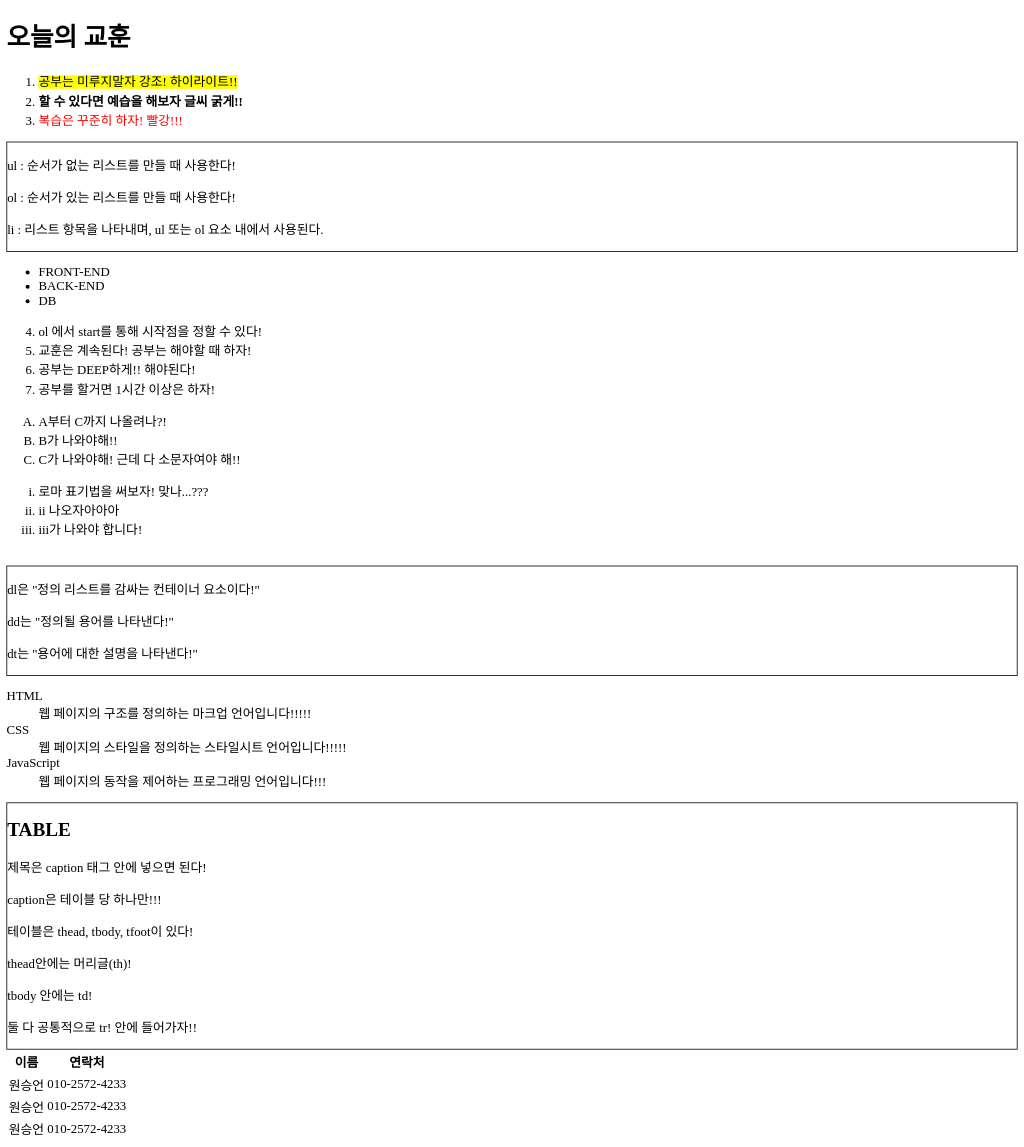
Repository: WonSeungUn/VSCODE
Page: web_work/Html/WebContent/homework.html
The author's editor kept a copy of each file at every save. The page is drawn from the files as they stood at one save, then again after the next save.
The browser window is 1280 px wide. The pictures show the whole page, at 80% of full size.

Above is the page before, as saved 2024-07-08 11:12:50.

### web_work/Html/WebContent/homework.html
<!DOCTYPE html>
<html>
<head>
<meta name="author" content="WonSeungEon">
<meta charset="UTF-8">
<title>HTML 숙제</title>
<style type="text/css">
#divParent {
	border: 1px solid #000;
}

</style>
</head>

<body>
	<header>
		<h1>오늘의 교훈</h1>
	</header>
	<ol>
		<li><mark>공부는 미루지말자 강조! 하이라이트!!</mark></li>
		<li><strong>할 수 있다면 예습을 해보자 글씨 굵게!!</strong></li>
		<li><span style="color: red;'">복습은 꾸준히 하자! 빨강!!!</span></li>
	</ol>

	<div id="divParent">
		<p >ul : 순서가 없는 리스트를 만들 때 사용한다!</p>
		<p >ol : 순서가 있는 리스트를 만들 때 사용한다!</p>
		<p >li : 리스트 항목을 나타내며, ul 또는 ol 요소 내에서 사용된다. </p>
	</div>

	<ul>
		<li>FRONT-END</li>
		<li>BACK-END</li>
		<li>DB</li>
	</ul>

	<ol start="4">
		<li>ol 에서 start를 통해 시작점을 정할 수 있다!</li>
		<li>교훈은 계속된다! 공부는 해야할 때 하자!</li>
		<li>공부는 DEEP하게!! 해야된다!</li>
		<li>공부를 할거면 1시간 이상은 하자!</li>
	</ol>

	<ol style="list-style-type: upper-alpha;">
		<li>A부터 C까지 나올려나?!</li>
		<li>B가 나와야해!!</li>
		<li>C가 나와야해! 근데 다 소문자여야 해!!</li>
	</ol>

	<ol style="list-style-type: Lower-roman;">
		<li>로마 표기법을 써보자! 맞나...???</li>
		<li>ii 나오자아아아</li>
		<li>iii가 나와야 합니다!</li>
	</ol>
	<br>

	<section style="border: 1px solid #000;">
	<p>dl은 "정의 리스트를 감싸는 컨테이너 요소이다!"</p>
	<p>dd는 "정의될 용어를 나타낸다!"</p>
	<p>dt는 "용어에 대한 설명을 나타낸다!"</dd>
	</section>
	<dl>
		<dt>HTML</dt>
		<dd>웹 페이지의 구조를 정의하는 마크업 언어입니다!!!!!</dd>

		<dt>CSS</dt>
		<dd>웹 페이지의 스타일을 정의하는 스타일시트 언어입니다!!!!!</dd>

		<dt>JavaScript</dt>
		<dd>웹 페이지의 동작을 제어하는 프로그래밍 언어입니다!!!</dd>
	</dl>

	<section style="border: 1px solid #000;">
		<h1>TABLE</h1>
		<p> 제목은 caption 태그 안에 넣으면 된다!</p>
		<p> caption은 테이블 당 하나만!!!</p>
		<p>테이블은 thead, tbody, tfoot이 있다!</p>
		<p>thead안에는 머리글(th)!</p>
		<p> tbody 안에는 td!</p>
		<p> 둘 다 공통적으로 tr! 안에 들어가자!!</p>
	</section>

	<table style="border:1">
		<thead>
			<tr>
				<th>이름</th>
				<th>연락처</th>
			</tr>
		</thead>
		<tbody>
			<tr>
			<td>원승언</td>
			<td>010-2572-4233</td>
			</tr>
			<tr>
			<td>원승언</td>
			<td>010-2572-4233</td>
			</tr>
			<tr>
			<td>원승언</td>
			<td>010-2572-4233</td>
			</tr>
		</tbody>
	</table>
</body>
</html>

After the next save:
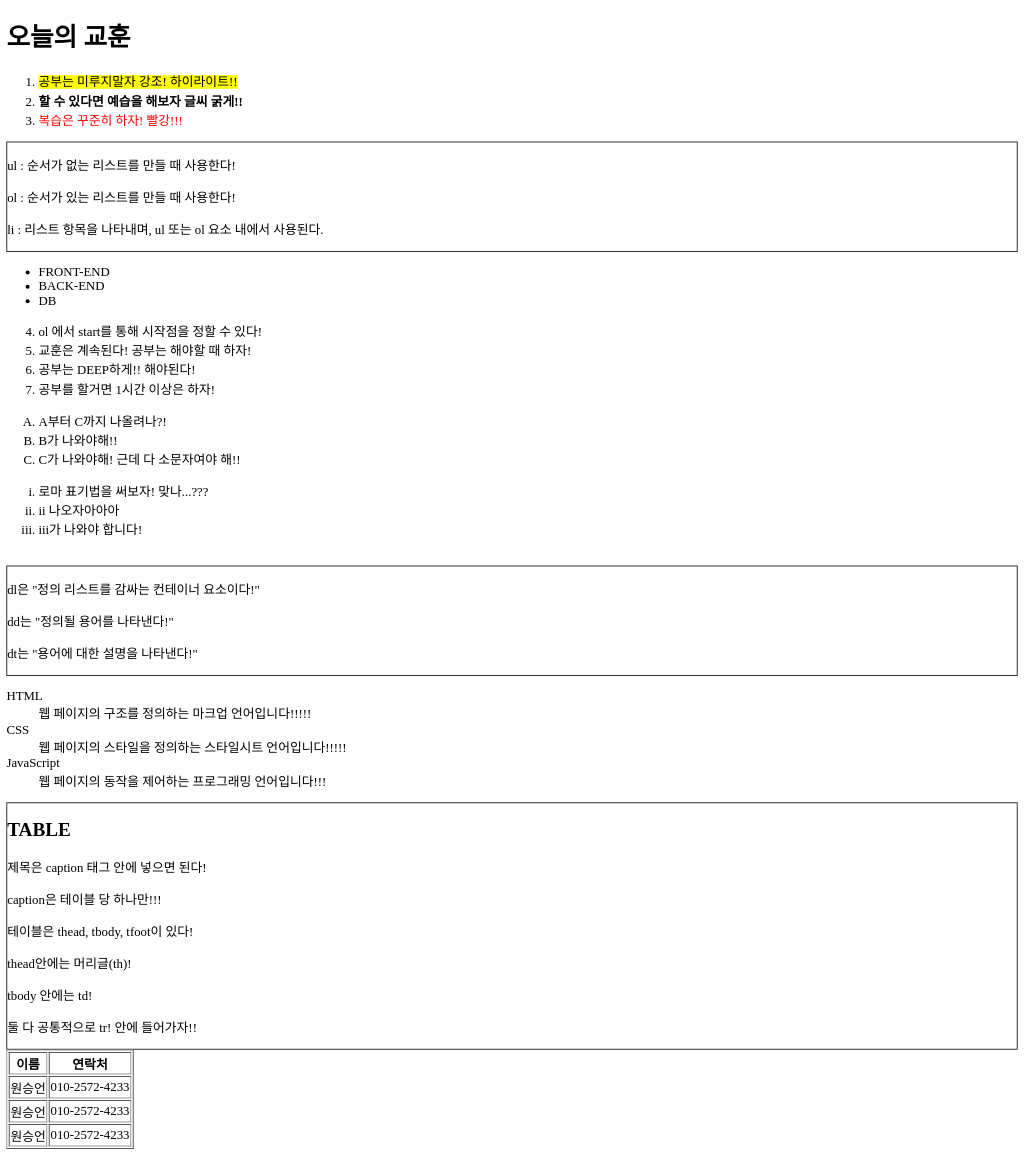
Saved 8 s later.
--- a/web_work/Html/WebContent/homework.html
+++ b/web_work/Html/WebContent/homework.html
@@ -80,7 +80,7 @@
 		<p> 둘 다 공통적으로 tr! 안에 들어가자!!</p>
 	</section>
 
-	<table style="border:1">
+	<table border="1">
 		<thead>
 			<tr>
 				<th>이름</th>
